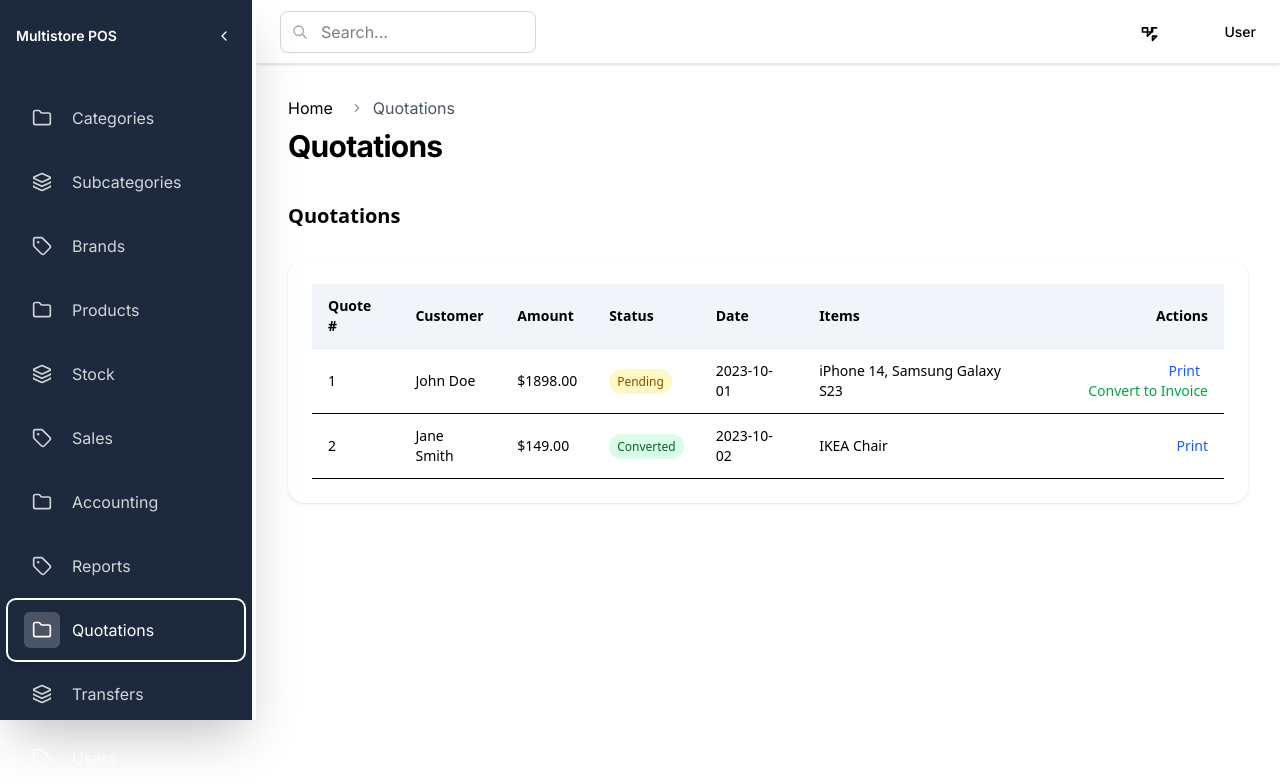
Repository: Ndegwa2/MulistorePOS
Page: /, after clicking the first element matching `nav.mt-4 > :nth-child(9)`
An editor plug-in stored every save of this project. The page is shown before and after the next save, followed by the edit.
The browser window is 1280 px wide. The pictures show the whole page.
The project was rebuilt for these pictures with package versions that can differ from the ones it lists, and the page was loaded fresh each time. Also part of the build but not shown: vite.config.js, Frontend/EditModal.jsx, Frontend/DeleteConfirm.jsx, Frontend/subcategory.jsx, Frontend/brand.jsx, Frontend/productPanel.jsx, Frontend/stockPanel.jsx, Frontend/salesPanel.jsx and 4 more.

Above is the page before, as saved 2025-10-03 20:58:04.

After the next save:
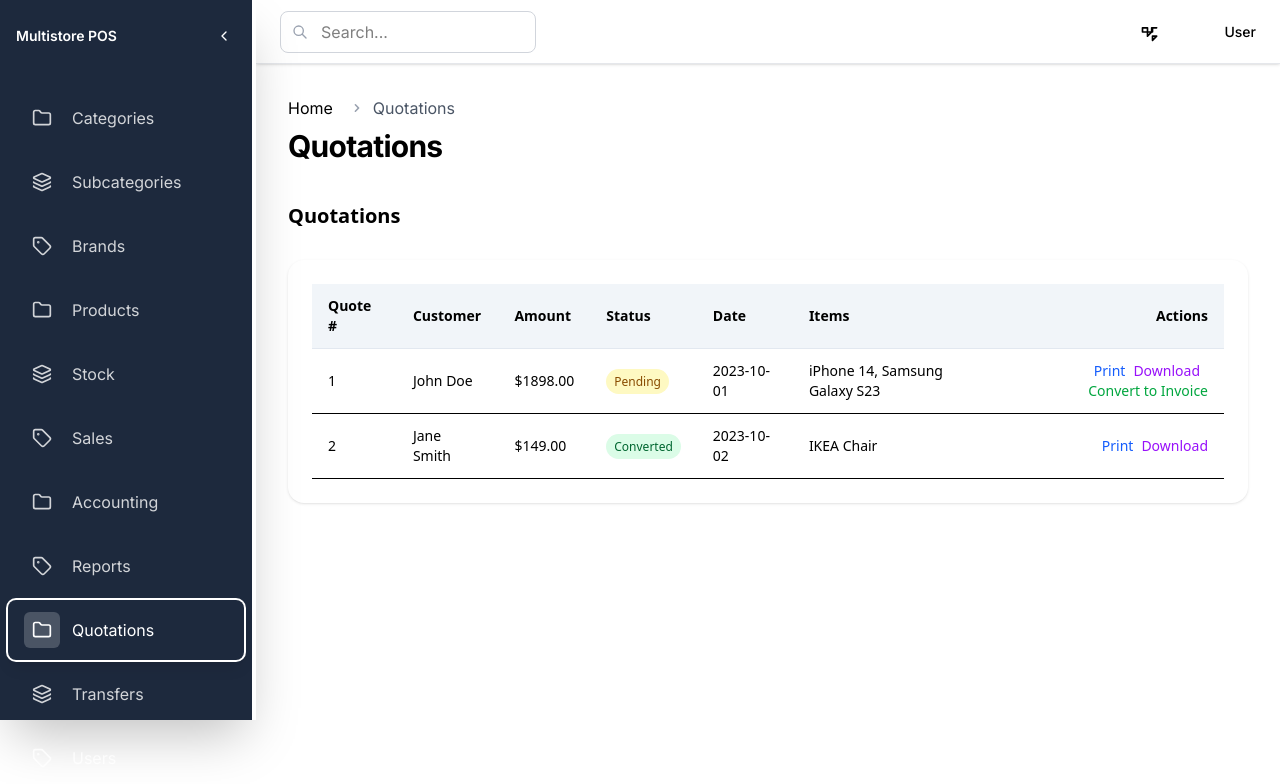
Saved 7 s later.
--- a/Frontend/quotationsPanel.jsx
+++ b/Frontend/quotationsPanel.jsx
@@ -99,6 +99,12 @@ export default function QuotationsPanel() {
                   >
                     Print
                   </button>
+                  <button
+                    onClick={() => handleDownload(quote)}
+                    className="text-purple-600 hover:underline"
+                  >
+                    Download
+                  </button>
                   {quote.status === "Pending" && (
                     <button
                       onClick={() => handleConvert(quote.id)}
